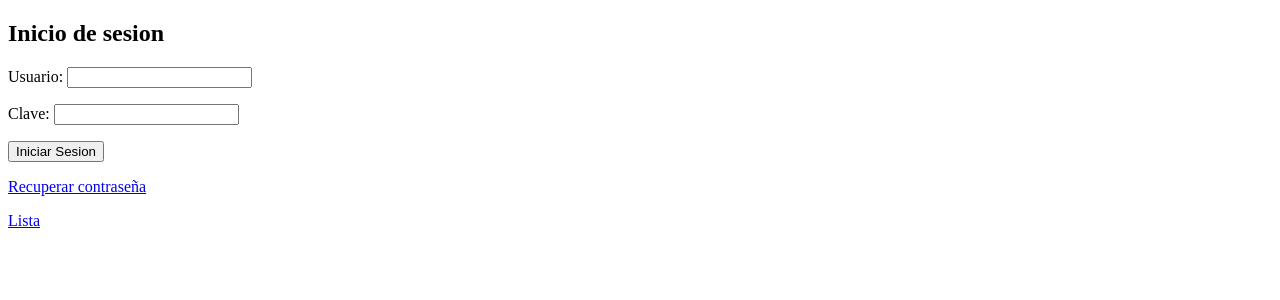
Repository: NeodarkX/Open_Source
Page: Practica1_errores/WebContent/login.html
An editor plug-in stored every save of this project. The page is shown before and after a run of saves, followed by the edit.
The browser window is 1280 px wide. The pictures show the whole page.

Above is the page before, as saved 2015-04-27 18:53:32.

After the next 2 saves:
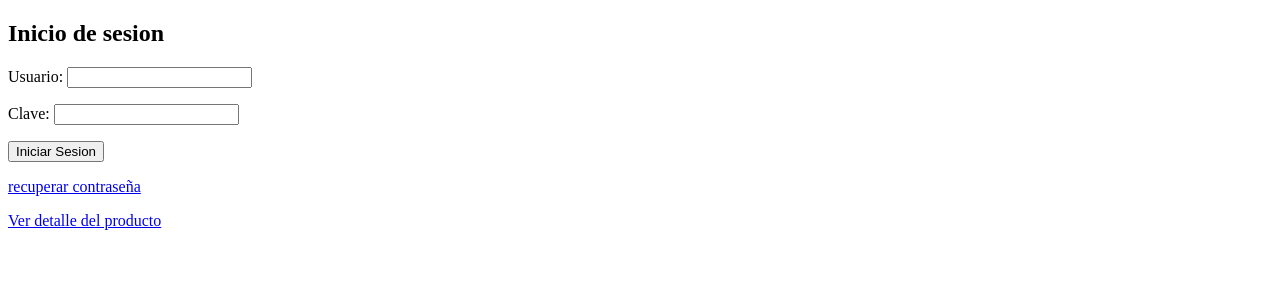
The 2 saves are shown as one change because they came seconds apart.
The last was saved 2 min 26 s later.
--- a/Practica1_errores/WebContent/login.html
+++ b/Practica1_errores/WebContent/login.html
@@ -11,7 +11,7 @@
 <p>Clave: <input type="text" name="clave"/></p>
 <p><input type="submit" name="" value="Iniciar Sesion"/></p>
 </form>
-<p><a href="PrimerServlet">Recuperar contraseña</a></p>
-<p><a href="PrimerServlet?dato=20&otro=valor">Lista</a></p>
+<p><a href="PrimerServlet">recuperar contraseña</a></p>
+<p><a href="PrimerServlet?dato=20&otro=valor">Ver detalle del producto</a></p>
 </body>
 </html>
